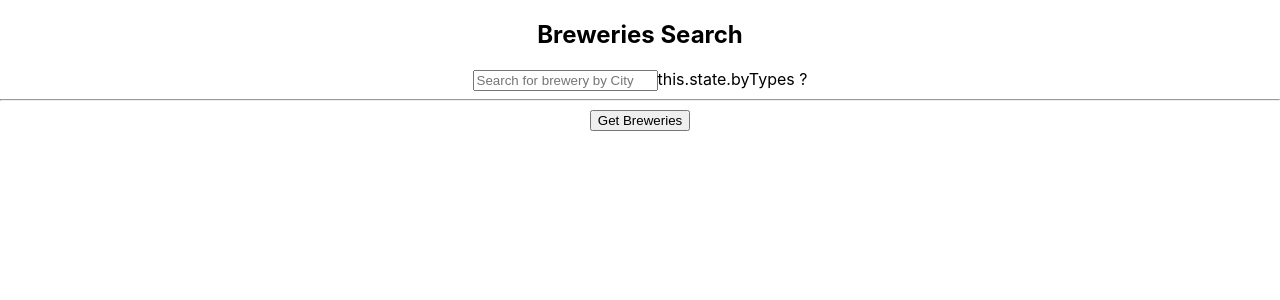
Repository: Babarindeolanrewaju2/react_breweries_app
Page: /
These files come from the project's save history. The page is drawn as it stood at one moment and after the next save; the edit follows.
The browser window is 1280 px wide. The pictures show the whole page.
The project was rebuilt for these pictures with package versions that can differ from the ones it lists, and the page was loaded fresh each time. Also part of the build but not shown: src/component/Breweries.js, src/component/ByCity.js, src/component/ByType.js.

Above is the page before, as saved 2020-03-30 10:54:25.

### src/App.js
import React, { Component } from 'react';
import { Breweries } from './component/Breweries';
import { ByCity } from './component/ByCity';
import { ByType } from './component/ByType';
import './App.css';

class App extends Component {
  constructor(props) {
    super(props);
    this.state = {
      query: '',
      breweries: [],
      byCitys: [],
      byTypes: [],
    }
  }

  breweries = () => {
    const BASE_URL = `https://api.openbrewerydb.org/breweries`;
    fetch(`${BASE_URL}`, {
      method: 'GET'
    })
      .then(response => response.json())
      .then(json => {
        console.log('breweries', json);
        this.setState({ breweries: json });
      })
  }

  getBreweryByCity = () => {
    const BASE_URL = `https://api.openbrewerydb.org/breweries?by_city=`;
    fetch(`${BASE_URL}${this.state.query}`, {
      method: 'GET'
    })
      .then(response => response.json())
      .then(json => {
        console.log('by_city', json);
        this.setState({ byCitys: json });
      })
  }

  getBreweryByType = (e, type) => {
    const BASE_URL = `https://api.openbrewerydb.org/breweries?by_type=`;
    fetch(`${BASE_URL}${type}`, {
      method: 'GET'
    })
      .then(response => response.json())
      .then(json => {
        console.log('by_city', json);
        this.setState({ byTypes: json });
      })
  }

  render() {
    return (
      <div className="App">
        <h2 className="title">Breweries Search</h2>
        <input
          type="text"
          placeholder="Search for brewery by City"
          onChange={event => { this.setState({ query: event.target.value }) }}
          onKeyPress={event => {
            if (event.key === "Enter") {
              this.getBreweryByCity()
            }
          }}
        />
        {this.state.byCitys.map(byCity => (<ByCity key={byCity.id} byCity={byCity} getBreweryByType={this.getBreweryByType} />))}
        this.state.byTypes ? {this.state.byTypes.map(byType => (<ByType key={byType.id} byType={byType} />))}

        <hr />

        <button
          type="text"
          onClick={event => { this.breweries() }}
        >Get Breweries
        </button>
        {this.state.breweries.map(brewery => (<Breweries key={brewery.id} brewery={brewery} />))}
      </div>
    )
  }
}

export default App;

Loaded but not shown: public/index.html (common file); src/index.js (common file); src/index.css (common file); src/serviceWorker.js (common file); src/App.css (common file)

After the next save:
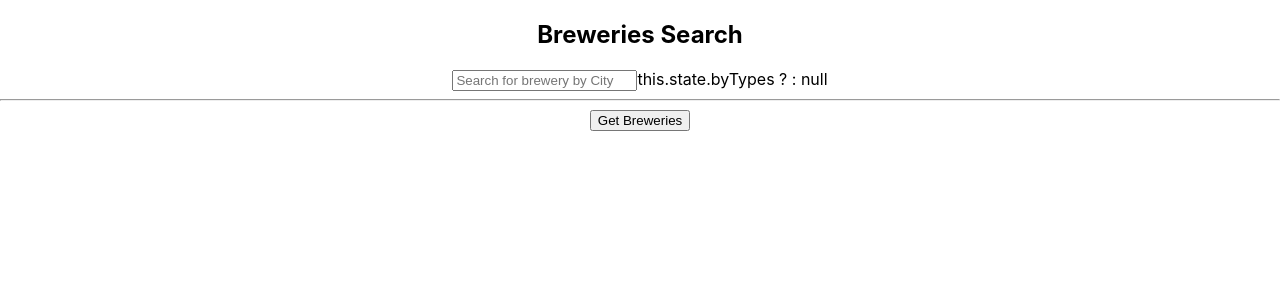
Saved 13 s later.
--- a/src/App.js
+++ b/src/App.js
@@ -66,7 +66,7 @@ class App extends Component {
           }}
         />
         {this.state.byCitys.map(byCity => (<ByCity key={byCity.id} byCity={byCity} getBreweryByType={this.getBreweryByType} />))}
-        this.state.byTypes ? {this.state.byTypes.map(byType => (<ByType key={byType.id} byType={byType} />))}
+        this.state.byTypes ? {this.state.byTypes.map(byType => (<ByType key={byType.id} byType={byType} />))} : null
 
         <hr />
 
